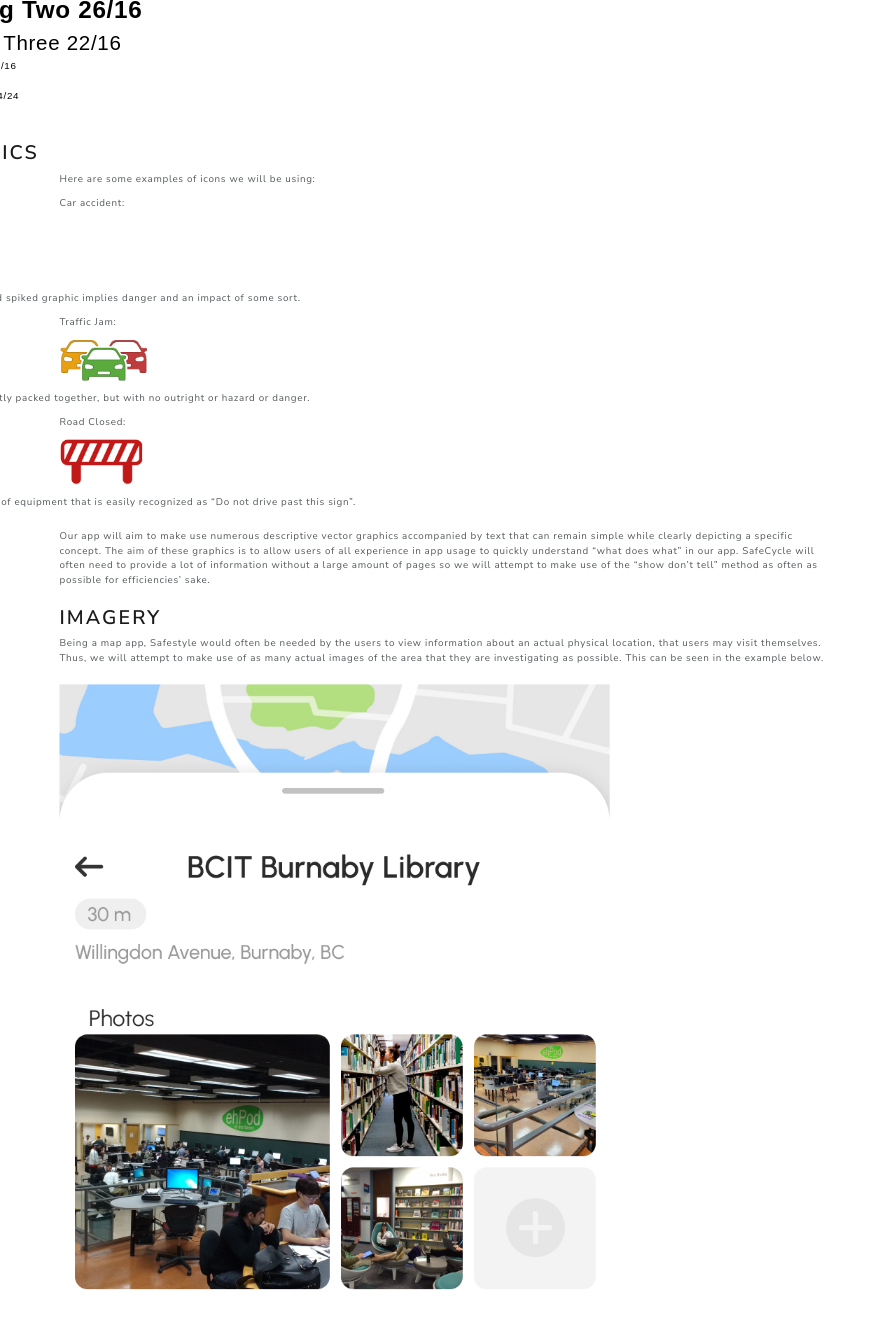
Repository: Aladdin3r/safecycle-styleguide
Page: /
These files come from the project's save history. The page is drawn as it stood at one moment and after the next save; the edit follows.
The browser window is 1280 px wide. The pictures show the part of the page from y = 2814 to 4734 px (the page is 5626 px tall before and 5632 px after), at 70% of full size.
The project was rebuilt for these pictures with package versions that can differ from the ones it lists, and the page was loaded fresh each time. The framework's server and built-in components were replaced by stand-ins that run in the browser. Also part of the build but not shown: next.config.mjs.

Above is the page before, as saved 2024-04-09 22:32:13.

### pages/_app.js
import "@/styles/globals.css";
import "@/styles/bootstrap.min.css";
import { useEffect } from "react";


export default function App({ Component, pageProps }) {

  useEffect(() => {
    require("bootstrap/dist/js/bootstrap.bundle.min.js");
  }, []);
  return <Component {...pageProps} />;
}

### pages/index.js
import Head from "next/head";
import styles from "@/styles/Home.module.css"

export default function Home() {

  return (
    <>
      <Head>
        <title>SafeCycle Styleguide</title>
        <meta name="description"
        content=
        "Created by Rawan Aladdin, Nea Pieroelie, Andrew Turitsa."
       />
        <meta name="viewport" content="width=device-width, initial-scale=1" />
        <link rel="icon" href="/favicon1.svg" />
      </Head>
      <nav class="navbar navbar-expand-lg bg-light sticky-top" data-bs-theme="light">
        <div class="container-fluid">
          <a class="navbar-brand" href="#">SafeCycle</a>
          <button class="navbar-toggler" type="button" data-bs-toggle="collapse" data-bs-target="#navbarColor03" aria-controls="navbarColor03" aria-expanded="false" aria-label="Toggle navigation">
            <span class="navbar-toggler-icon"></span>
          </button>
          <div class="collapse navbar-collapse" id="navbarColor03">
            <ul class="navbar-nav me-auto">
              <li class="nav-item">
                <a class="nav-link active" href="#">Home</a>
              </li>
              <li class="nav-item">
                <a class="nav-link" href="#logo">Logo</a>
              </li>
              <li class="nav-item">
                <a class="nav-link" href="#colours">Colours</a>
              </li>
              <li class="nav-item">
                <a class="nav-link" href="#types">Typography, Imagery, Graphics</a>
              </li>
              <li class="nav-item">
                <a class="nav-link" href="#refs">References</a>
              </li>
            </ul>
          </div>
        </div>
      </nav>
      <main>
      <div class="jumbotron">
        <h1 class="display-3 mt-5 pt-5">SafeCycle</h1>
        <p class="display-4 pb-5">Styleguide</p>
        <hr class="my-5"/>
        <p class="mb-5">Rawan Aladdin, Nea Pieroelie, Andrew Turitsa</p>
        <p class="lead mb-5">
          <a class="btn btn-primary btn-lg my-5" href="#logo" role="button">Start the guide</a>
        </p>
      </div>
      <div id="logo" class="p-4">
        <h2 class="p-2 mt-3">Logo Design</h2>
        <p class="p-3">
          Logo font choice: DIN condensed bold
          colours: #F0983F orange #911C12 red #AD5C0A pale orange
        </p>
        <div class="container">
          <div class="card-group">
              <div class="row">
                <div className="col-sm-4">
                  <div class="bg-primary card text-white mb-3" className={styles.card}>
                    <div class="card-body">
                      <h4 class="card-title">Full-colour logo</h4>
                      <img class="card-img-top" src="/fullcolourlogo.svg" alt="full-colour logo"></img>
                      <p class="card-text">Some quick example text to build on the card title and make up the bulk of the card's content. blah blah blah</p>
                    </div>
                  </div>
                </div>

                <div className="col-sm-4">
                  <div class="bg-primary card text-white mb-3" className={styles.card}>
                  <div class="card-body">
                    <h4 class="card-title">Black and white Logo</h4>
                    <img class="card-img-top" src="/blackandwhitelogo.svg" alt="black and white logo"></img>
                    <p class="card-text">Some quick example text to build on the card title and make up the bulk of the card's content.</p>
                  </div>
                  </div>
                </div>

                <div className="col-sm-4">
                  <div class="bg-primary card text-white mb-3" className={styles.card}>
                  <div class="card-body">
                    <h4 class="card-title">Greyscale Logo</h4>
                    <img class="card-img-top" src="/greyscalelogo.svg" alt="greyscale logo"></img>
                    <p class="card-text">Some quick example text to build on the card title and make up the bulk of the card's content.</p>
                  </div>
                  </div>
                </div>

              </div>

              <div class="row">
                <div className="col-sm-4">
                  <div class="bg-primary card text-white mb-3" className={styles.card}>
                    <div class="card-body">
                      <h4 class="card-title">Monochromatic logo</h4>
                      <img class="card-img-top" src="/monochromatic.svg" alt="Monochromatic logo"></img>
                      <p class="card-text">Some quick example text to build on the card title and make up the bulk of the card's content. blah blah blah</p>
                    </div>
                  </div>
                </div>

                <div className="col-sm-4">
                  <div class="bg-primary card text-white mb-3" className={styles.card}>
                  <div class="card-body">
                    <h4 class="card-title">Horizontal version of full-colour Logo</h4>
                    <img class="card-img-top" src="/horizontalfullcolour.svg" alt="horizontal full colour logo"></img>
                    <p class="card-text">Some quick example text to build on the card title and make up the bulk of the card's content.</p>
                  </div>
                  </div>

              </div>

              <div className="col-sm-4">
                <div class="bg-primary card  text-white mb-3" className={styles.card}>
                <div class="card-body">
                  <h4 class="card-title">Stacked/vertical version of full-colour Logo</h4>
                  <img class="card-img-top" src="/verticalfullcolour.svg" alt="stacked/vertical colour logo"></img>
                  <p class="card-text">Some quick example text to build on the card title and make up the bulk of the card's content.</p>
                </div>
                </div>
              </div>
            </div>
            <div class="row">
                <div className="col-sm-4">
                  <div class="bg-primary card text-white mb-3" className={styles.card}>
                    <div class="card-body z-3">
                      <h4 class="card-title">16x16px Favicon</h4>
                      <img class="card-img-top" src="/favicon1.svg" alt="xs favicon"></img>
                      <p class="card-text">Some quick example text to build on the card title and make up the bulk of the card's content. blah blah blah</p>
                    </div>
                  </div>
                </div>

                <div className="col-sm-4">
                  <div class="bg-primary card  text-white mb-3" className={styles.card}>
                  <div class="card-body">
                    <h4 class="card-title">32x32px Favicon</h4>
                    <img class="card-img-top" src="/favicon2.svg" alt="small favicon"></img>
                    <p class="card-text">Some quick example text to build on the card title and make up the bulk of the card's content.</p>
                  </div>
                  </div>

              </div>

              <div className="col-sm-4">
                <div class="bg-primary card text-white mb-3" className={styles.card}>
                <div class="card-body">
                  <h4 class="card-title">48x48px Favicon</h4>
                  <img class="card-img-top" src="/favicon3.svg" alt="normal favicon"></img>
                  <p class="card-text">Some quick example text to build on the card title and make up the bulk of the card's content.</p>
                </div>
                </div>
              </div>
            </div>
          </div>
        </div>
      </div>
      <div id="colours" class="p-4">
        <h2 class="p-2">Colour Palette, Colour Accessibility</h2>
        <div class="container">

        </div>
      </div>
      <div id="types" class="p-4">
        <h2 class="p-2">Typography, Imagery, Graphics</h2>
        <div class="container">
        <p className={styles.typo_desc} class="p-3">
        The fonts used in SafeCycle will be a blend of Urbanist and Sarabun. They are both sans serif fonts that are not too fancy but also not too rigid and boring. We believe that these fonts have a charming blend of simple, practical functionality and the calming, welcoming feel of a guidance application.  The characters of the Urbanist font are slightly more block-like, so this font will be used primary for heading and standalone words or phrases. Sarabun's characters on the other hand have a more natural curves and shaped, so this more elegant font will be used for body text and paragraphs.
        </p>
        <div className={styles.h1Typo}>Heading One 40/24</div>
        <div className={styles.h2Typo}>Heading Two 26/16</div>
        <div className={styles.h3Typo}>Heading Three 22/16</div>
        <div className={styles.h4Typo}>Heading Four 20/16</div>
        <div className={styles.BodyTypo}>Body 14/24</div>
        <div className={styles.ButtonMetaTypo}>Button + Meta 14/24</div>
        <h2 className={styles.graphicTitle}>GRAPHICS</h2>
        <div>Here are some examples of icons we will be using:</div>
        <div className={styles.graphicName}>Car accident:</div>
        <img className={styles.carCrash} src="/carCrash.png" alt="Car Accident"></img>
        <div className={styles.graphicDesc}>Red, jarring and spiked graphic implies danger and an impact of some sort.</div>
        <div className={styles.graphicName}>Traffic Jam:</div>
        <img className={styles.traffic} src="/traffic.png" alt="Traffic"></img>
        <div className={styles.graphicDesc}>Many cars, tightly packed together, but with no outright or hazard or danger.</div>
        <div className={styles.graphicName}>Road Closed:</div>
        <img className={styles.RoadClosed} src="/RoadClosed.png" alt="Raod Closed"></img>
        <div className={styles.graphicDesc}>An iconic piece of equipment that is easily recognized as “Do not drive past this sign”.</div>
        <div className={styles.graphicExpl}>Our app will aim to make use numerous descriptive vector graphics accompanied by text that can remain simple while clearly depicting a specific concept. The aim of these graphics is to allow users of all experience in app usage to quickly understand “what does what” in our app. SafeCycle will often need to provide a lot of information without a large amount of pages so we will attempt to make use of the “show don’t tell” method as often as possible for efficiencies’ sake.</div>
        <h2>IMAGERY</h2>
        <div>Being a map app, Safestyle would often be needed by the users to view information about an actual physical location, that users may visit themselves. Thus, we will attempt to make use of as many actual images of the area that they are investigating as possible. This can be seen in the example below.</div>
        <img className={styles.locationPage} src="/locationPage.png" alt="Location Page"></img>


        </div>
        </div>
      <div id="refs" class="p-4">
        <h2 class="p-2">References</h2>
        <div class="container">

        </div>
      </div>
      </main>
    </>
  );
}

### styles/Home.module.css
.main {
  display: flex;
  flex-direction: column;
  justify-content: space-between;
  align-items: center;
  padding: 6rem;
  min-height: 100vh;
}
.card{
  max-width: 30em;
}

.typo_desc{
  margin-left: -14.5em;

}
.h1Typo {
  font-family: "Urbanist", sans-serif;
  font-style: bold;
  font-size: 40pt;
  font-weight: 900;
  color: black;
  margin-left: -4em;
}
.h2Typo {
  font-family: "Urbanist", sans-serif;
  font-style: bold;
  font-size: 26pt;
  font-weight: 600;
  color: black;
  margin-left: -6em;
}
.h3Typo {
  font-family: "Urbanist", sans-serif;
  font-style: bold;
  font-size: 22pt;
  font-weight: 500;
  color: black;
  margin-left: -7em;
}
.h4Typo {
  font-family: "Urbanist", sans-serif;
  font-style: bold;
  font-size: 20;
  font-weight: 500;
  color: black;
  margin-left: -14.5em;
}

.BodyTypo {
  font-family: "Sarabun", sans-serif;
  font-weight:500;
  font-style: normal;
  color: black;
  font-size: 18;
  margin-left: -14.5em;
}
.ButtonMetaTypo {
  font-family: "Sarabun", sans-serif;
  font-weight:500;
  font-style: normal;
  color: black;
  font-size: 18;
  margin-left: -14.5em;
}
.graphicTitle{
  margin-top: 2em;
  margin-left: -7em;
}
.carCrash{
  margin-top: 1em;
  margin-left: -14em;
}

.graphicDesc{
  margin-top: 1em;
  margin-left: -14em;
}

.graphicName{
  margin-top: 1em;
}

.graphicExpl{
  margin-top: 2em;
  margin-bottom: 2em;
}

.traffic{
  margin-top: 1em;
}

.RoadClosed{
  margin-top: 1em;
}

.locationPage{
  margin-top: 2em;
}

Loaded but not shown: pages/_document.js (common file); styles/globals.css (common file); styles/bootstrap.min.css (library)

After the next save:
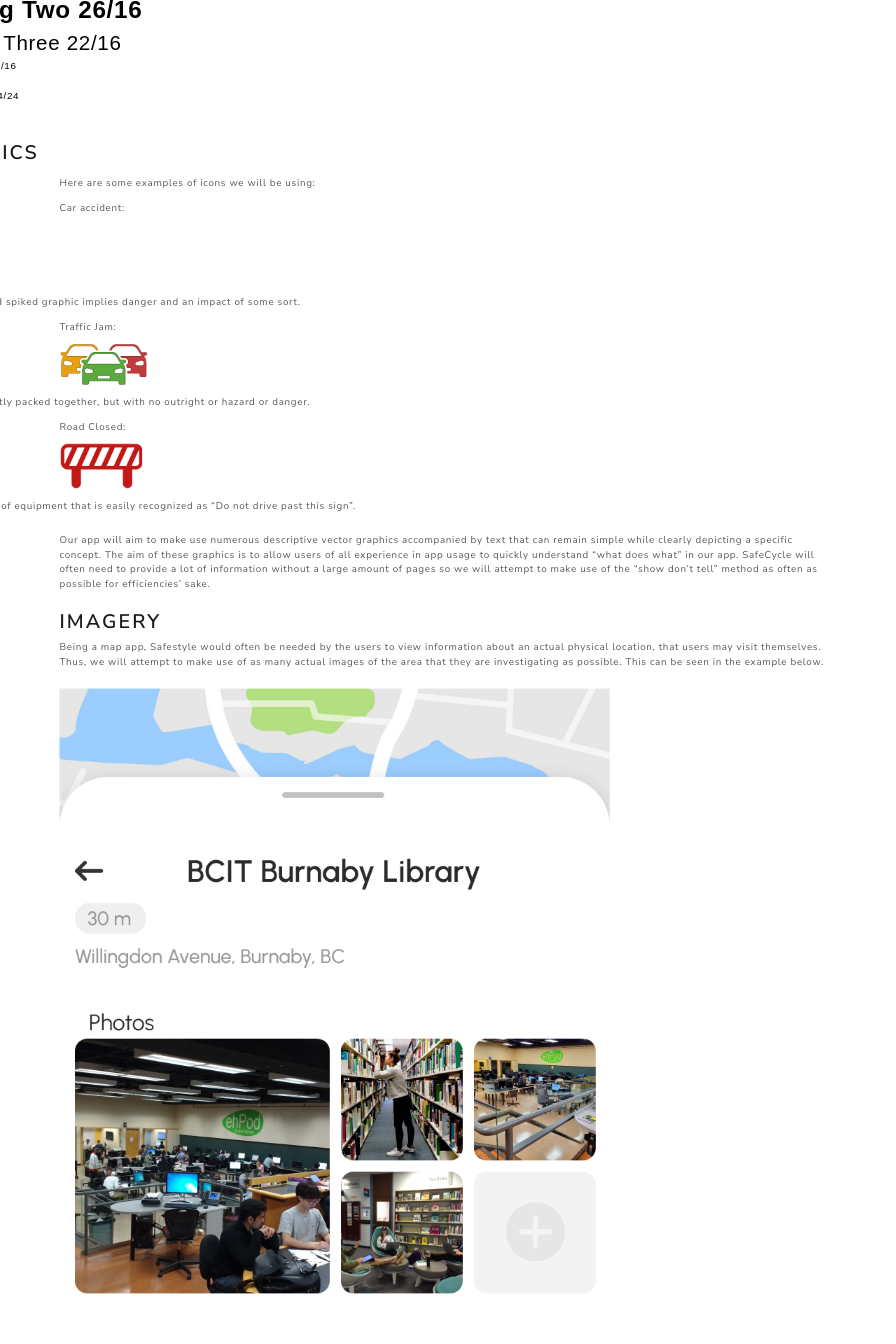
Saved 24 s later.
--- a/pages/index.js
+++ b/pages/index.js
@@ -178,7 +178,7 @@
         <div className={styles.BodyTypo}>Body 14/24</div>
         <div className={styles.ButtonMetaTypo}>Button + Meta 14/24</div>
         <h2 className={styles.graphicTitle}>GRAPHICS</h2>
-        <div>Here are some examples of icons we will be using:</div>
+        <div className={styles.graphicName}>Here are some examples of icons we will be using:</div>
         <div className={styles.graphicName}>Car accident:</div>
         <img className={styles.carCrash} src="/carCrash.png" alt="Car Accident"></img>
         <div className={styles.graphicDesc}>Red, jarring and spiked graphic implies danger and an impact of some sort.</div>
